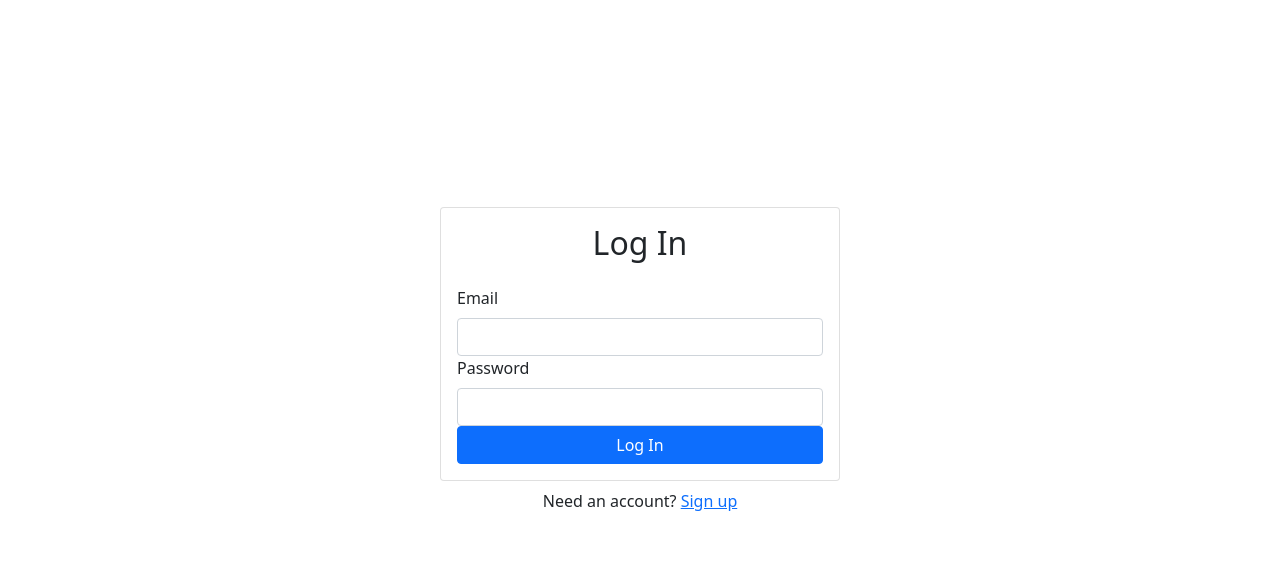
Repository: SirZeck/gg-drive
Page: /login
These files come from the project's save history. The page is drawn as it stood at one moment and after the next save; the edit follows.
The browser window is 1280 px wide. The pictures show the whole page.
The project was rebuilt for these pictures with package versions that can differ from the ones it lists, and the page was loaded fresh each time. Also part of the build but not shown: src/components/Signup.js, src/components/Dashboard.js, src/components/PrivateRoute.js.

Above is the page before, as saved 2021-09-28 18:02:04.

After the next save:
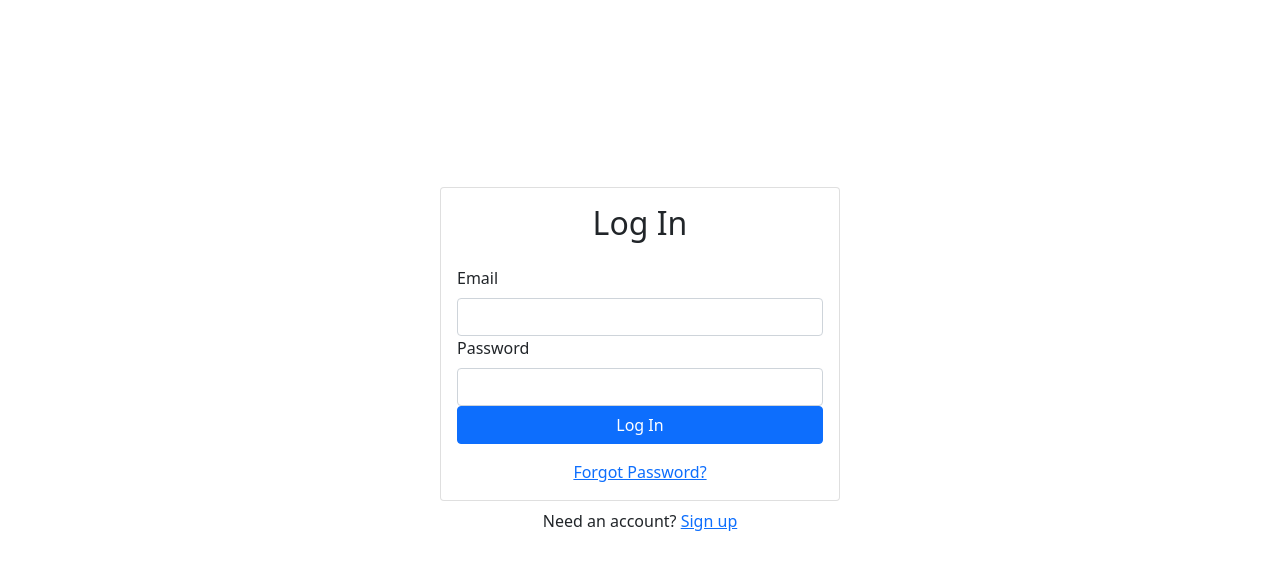
Saved 11 min 4 s later.
--- a/src/components/Login.js
+++ b/src/components/Login.js
@@ -47,6 +47,9 @@ export default function Login() {
                             Log In
                         </Button>
                     </Form>
+                    <div className="w-100 text-center mt-3">
+                        <Link to="/forgot-password">Forgot Password?</Link>
+                    </div>
                 </Card.Body>
             </Card>
 
